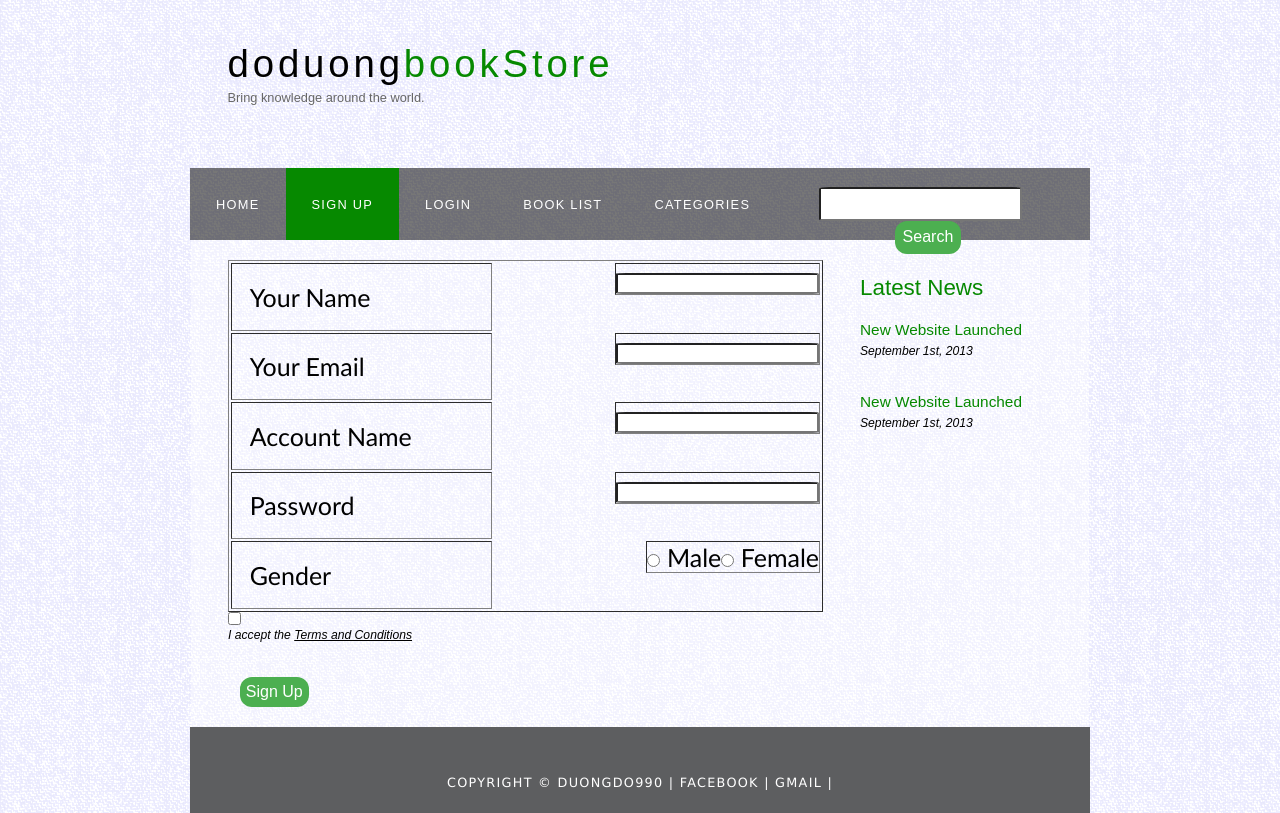
Repository: ngttuyen/JavaWeb
Page: http://localhost/MyWebsite/signup.jsp
An editor plug-in stored every save of this project. The page is shown before and after the next save, followed by the edit.
The browser window is 1280 px wide. The pictures show the whole page.
The page is served by Tomcat 9. Other server files are loaded and not shown.

Above is the page before, as saved 2019-06-01 12:53:58.

### MyWebsite/WebContent/signup.jsp
<%@page contentType="text/html" pageEncoding="utf-8"%>
<%@ include file="includes/head.jsp"%>
<body>
	<div id="main">
		<div id="header">
			<div id="logo">
				<div id="logo_text">
					<!-- class="logo_colour", allows you to change the colour of the text -->
					<h1>
						<a href="index.jsp">doduong<span class="logo_colour">bookStore</span></a>
					</h1>
					<h2>Bring knowledge around the world.</h2>
				</div>
			</div>
			<div id="menubar">
				<ul id="menu">
					<!-- put class="selected" in the li tag for the selected page - to highlight which page you're on -->
					<li><a href="index.jsp">Home</a></li>
					<li class="selected"><a href="signup.jsp">Sign Up</a></li>
					<li><a href="login.jsp">Login</a></li>
					<li><a href="book.jsp">Book List</a></li>
					<li><a href="categories.jsp">Categories</a></li>
				</ul>
				<form method="get" action="" id="searchForm">
					<input type="text" name="search" class="styled-input">
					<button class="button">Search</button>
				</form>
			</div>

		</div>
		<div id="site_content">
			<%@ include file="/includes/sidebar.jsp"%>
			<div id="content">
				<!-- -------------------------your code here---------------------- --->
				<form>
					<table border="1">
						<tr>
							<td><label>Your Name</label></td>
							<td class="right"><input type="text" name="name" class="styled-input"></td>
						</tr>
						<tr>
							<td><label>Your Email</label></td>
							<td class="right"><input type="text" name="email" class="styled-input"></td>
						</tr>
						<tr>
							<td><label>Account Name</label></td>
							<td class="right"><input type="text" name="id" class="styled-input"></td>
						</tr>
						<tr>
							<td><label>Password</label></td>
							<td class="right"><input type="password" name="pw" class="styled-input"></td>
						</tr>
						<tr>
							<td><label>Gender</label></td>
							<td class="right"><input class="gender-radio" type="radio" name="gender" value="male">
								Male<input class="gender-radio" type="radio" name="gender" value="female">
								Female</td>
						</tr>
					</table>
					<input type="checkbox" required name="terms"><h5>I accept the <u>Terms and Conditions</u></h5></p>
				</form>
				<button class="button">Sign Up</button>






				<!-- -------------------------your code here---------------------- --->
			</div>
		</div>
		<div id="footer">
			<!---footer here --->
			<%@ include file="/includes/footer.jsp"%>
		</div>
	</div>
</body>
</html>

### MyWebsite/WebContent/includes/head.jsp
<%@page contentType="text/html" pageEncoding="utf-8" %>
<!doctype html>
<html>

<head>
  <title>doduong's BookStore</title>
  <meta name="description" content="website description" />
  <meta name="keywords" content="website keywords, website keywords" />
  <meta http-equiv="content-type" content="text/html; charset=windows-1252" />
  <link rel="stylesheet"href="styles/style.css" title="style">
</head>

### MyWebsite/WebContent/includes/sidebar.jsp
<%@page contentType="text/html" pageEncoding="utf-8"%>
<div class="sidebar">
	<!-- insert your sidebar items here -->
	<h3>Latest News</h3>
	<h4>New Website Launched</h4>
	<h5>September 1st, 2013</h5>
	<p></p>
	<h4>New Website Launched</h4>
	<h5>September 1st, 2013</h5>
</div>

### MyWebsite/WebContent/includes/footer.jsp
<%@page contentType="text/html" pageEncoding="utf-8"%>
<div id="footer">
	Copyright &copy; duongdo990 | <a
		href="#">Facebook</a> | <a
		href="#">Gmail</a> |
</div>
</div>

### MyWebsite/WebContent/styles/style.css
html
{ height: 100%;}

*
{ margin: 0;
  padding: 0;}

body
{ font: normal .80em 'trebuchet ms', arial, sans-serif;
  background: #F0EFE2 url(../images/background.png) repeat;
  color: #777;}

p
{ padding: 0 0 20px 0;
  line-height: 1.7em;}

img
{ border: 0;}

h1, h2, h3, h4, h5, h6
{ font: normal 175% 'century gothic', arial, sans-serif;
  color: #068900;
  margin: 0 0 15px 0;
  padding: 15px 0 5px 0;}

h2
{ font: normal 175% 'century gothic', arial, sans-serif;
  color: #068900;}

h4, h5, h6
{ margin: 0;
  padding: 0 0 5px 0;
  font: normal 120% arial, sans-serif;
  color: #068900;}

h5, h6
{ font: italic 95% arial, sans-serif;
  padding: 0 0 15px 0;
  color: #000;}

h6
{ color: #362C20;}

a, a:hover
{ outline: none;
  text-decoration: underline;
  color: #FD5BFF;}

a:hover
{ text-decoration: none;}

.left
{ float: left;
  width: auto;
  margin-right: 10px;}

.right
{ float: right;
  width: auto;
  margin-left: 10px;}

.center
{ display: block;
  text-align: center;
  margin: 20px auto;}

blockquote
{ margin: 20px 0;
  padding: 10px 20px 0 20px;
  border: 1px solid #E5E5DB;
  background: #FFF;}

ul
{ margin: 2px 0 22px 17px;}

ul li
{ list-style-type: circle;
  margin: 0 0 6px 0;
  padding: 0 0 4px 5px;}

ol
{ margin: 8px 0 22px 20px;}

ol li
{ margin: 0 0 11px 0;}

#main, #logo, #menubar, #site_content, #footer
{ margin-left: auto;
  margin-right: auto;}

#header
{ height: 240px;}

#logo
{ width: 825px;
  position: relative;
  height: 168px;}

#logo #logo_text
{ position: absolute;
  top: 20px;
  left: 0;}

#logo h1, #logo h2
{ font: normal 300% 'century gothic', arial, sans-serif;
  border-bottom: 0;
  text-transform: none;
  margin: 0;}

#logo_text h1, #logo_text h1 a, #logo_text h1 a:hover
{ padding: 22px 0 0 0;
  color: #000;
  letter-spacing: 0.1em;
  text-decoration: none;}

#logo_text h1 a .logo_colour
{ color: #068900;}

#logo_text h2
{ font-size: 100%;
  padding: 4px 0 0 0;
  color: #676767;}

#menubar
{ width: 900px;
  height: 72px;
  padding: 0;
  background: transparent url(../images/transparent.png) repeat;}

ul#menu, ul#menu li
{ float: left;
  margin: 0;
  padding: 0;}

ul#menu li
{ list-style: none;}

ul#menu li a
{ letter-spacing: 0.1em;
  font: normal 100% arial, sans-serif;
  display: block;
  float: left;
  height: 37px;
  padding: 29px 26px 6px 26px;
  text-align: center;
  color: #FFF;
  text-transform: uppercase;
  text-decoration: none;
  background: transparent;}

ul#menu li a:hover, ul#menu li.selected a, ul#menu li.selected a:hover
{ color: #FFF;
  background: #068900;}

#site_content
{ width: 837px;
  overflow: hidden;
  margin: 0 auto 0 auto;
  padding: 20px 24px 20px 37px;
  background: transparent url(../images/transparent_light.png) repeat;}

.sidebar
{ float: right;
  width: 190px;
  padding: 0 15px 20px 15px;}

.sidebar ul
{ width: 178px;
  padding: 4px 0 0 0;
  margin: 4px 0 30px 0;}

.sidebar li
{ list-style: none;
  padding: 0 0 7px 0; }

.sidebar li a, .sidebar li a:hover
{ padding: 0 0 0 40px;
  display: block;
  background: transparent url(../images/link.png) no-repeat left center;}

.sidebar li a.selected
{ color: #444;
  text-decoration: none;}

#content
{ text-align: left;
  width: 595px;
  padding: 0;}

#content ul
{ margin: 2px 0 22px 0px;}

#content ul li
{ list-style-type: none;
  background: url(../images/bullet.png) no-repeat;
  margin: 0 0 6px 0;
  padding: 0 0 4px 25px;
  line-height: 1.5em;}

#footer
{ width: 900px;
  font: normal 100% 'lucida sans unicode', arial, sans-serif;
  height: 33px;
  padding: 24px 0 5px 0;
  text-align: center;
  background-color: #5d5e60;
  color: #FFF;
  text-transform: uppercase;
  letter-spacing: 0.1em;}

#footer a
{ color: #FFF;
  text-decoration: none;}

#footer a:hover
{ color: #FFF;
  text-decoration: underline;}

.search
{ color: #5D5D5D;
  border: 1px solid #BBB;
  width: 134px;
  padding: 4px;
  font: 100% arial, sans-serif;}

#colours
{ height: 0px;
  text-align: right;
  padding: 66px 16px 0px 300px;}
  /*-------------------------------------*/
.button {
  background-color: #4CAF50; /* Green */
  border: none;
  color: white;
  padding: 1% 1%;
  text-align: center;
  text-decoration: none;
  display: inline-block;
  font-size: 16px;
  border-radius: 12px;
  margin-left: 2%;
}
#searchForm{
  height: 37px;
  padding: 19px 26px 6px 10%;
  text-align: center;
  color: #FFF;
  text-transform: uppercase;
  text-decoration: none;
  background: transparent;
}
.styled-input {
	height: 80%;
	border-radius: 5%;
	font-size: 15px;
	border: 1% solid #068900;
	font-weigh: bold;
}
table{
	width: 100%;
	height: 100%;
	font-size: 25px;
	color: black;
}
td{
	padding: 3% 3% 3% 3%;
}
.right{
	padding: 0;
	margin: 0;
}

After the next save:
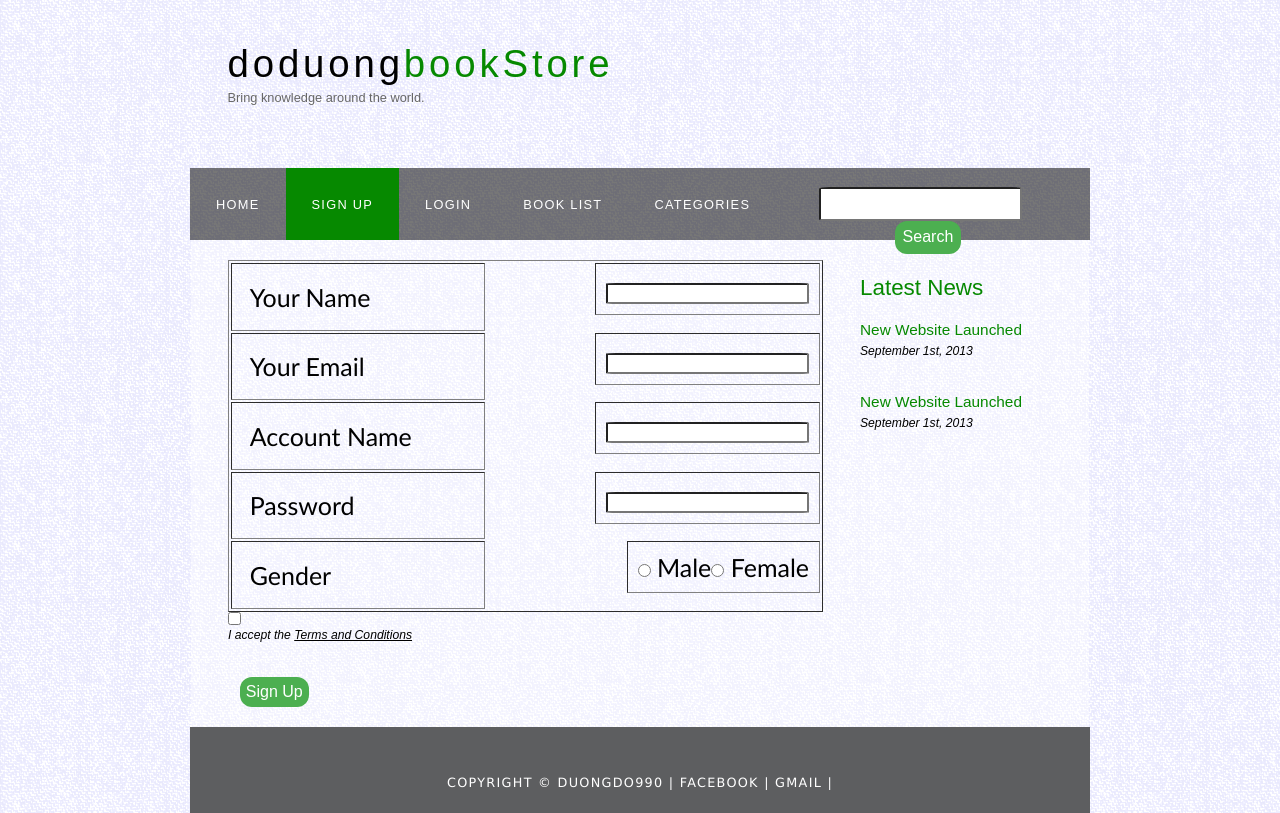
Saved 10 s later.
--- a/MyWebsite/WebContent/styles/style.css
+++ b/MyWebsite/WebContent/styles/style.css
@@ -265,7 +265,3 @@ table{
 td{
 	padding: 3% 3% 3% 3%;
 }
-.right{
-	padding: 0;
-	margin: 0;
-}
